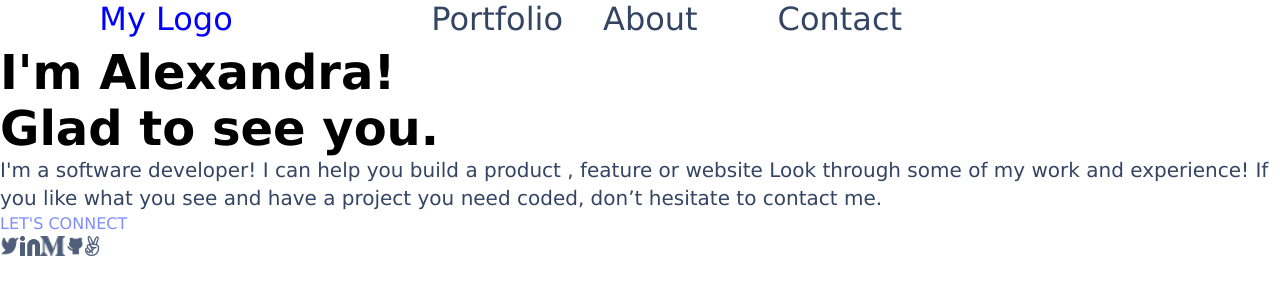
Repository: usman3123/portfolio-template-3
Page: portfolio.html
An editor plug-in stored every save of this project. The page is shown before and after the next save, followed by the edit.
The browser window is 1280 px wide. The pictures show the whole page.
Some web libraries are served in a nearby version.

Above is the page before, as saved 2025-01-22 09:24:15.

### portfolio.html
<!DOCTYPE html>
<html lang="en">
<head>
  <meta charset="UTF-8">
  <meta name="viewport" content="width=device-width, initial-scale=1.0">
  <title>project 2</title>
  <link rel="stylesheet" href="style.css">
  <link href='https://unpkg.com/boxicons@2.1.4/css/boxicons.min.css' rel='stylesheet'>
  <link rel="stylesheet" href="https://cdnjs.cloudflare.com/ajax/libs/font-awesome/6.6.0/css/all.min.css" integrity="sha512-Kc323vGBEqzTmouAECnVceyQqyqdsSiqLQISBL29aUW4U/M7pSPA/gEUZQqv1cwx4OnYxTxve5UMg5GT6L4JJg==" crossorigin="anonymous" referrerpolicy="no-referrer" />
  <link rel="stylesheet" href="https://cdnjs.cloudflare.com/ajax/libs/font-awesome/6.6.0/css/all.min.css" integrity="sha512-Kc323vGBEqzTmouAECnVceyQqyqdsSiqLQISBL29aUW4U/M7pSPA/gEUZQqv1cwx4OnYxTxve5UMg5GT6L4JJg==" crossorigin="anonymous" referrerpolicy="no-referrer" />

  <link rel="stylesheet" href="https://cdnjs.cloudflare.com/ajax/libs/font-awesome/6.7.2/css/all.min.css">
  <link rel="preconnect" href="https://fonts.googleapis.com">
<link rel="preconnect" href="https://fonts.gstatic.com" crossorigin>
<link href="https://fonts.googleapis.com/css2?family=Poppins:ital,wght@0,100;0,200;0,300;0,400;0,500;0,600;0,700;0,800;0,900;1,100;1,200;1,300;1,400;1,500;1,600;1,700;1,800;1,900&display=swap" rel="stylesheet">
</head>

<body>

  <!-- Navbar -->

  <nav class="navbar flex">
    <p class="mainlogoo">My Logo</p>
    <div class="nav-links flex">
      <a href="#myportfolio" style="text-decoration: none;" class="link">Portfolio</a>
      <a href="#myabout" style="text-decoration: none;" class="link">About<a>
      <a href="#mycontact" style="text-decoration: none;" class="link">Contact<a>
    </div>
    <img src="/assets/Enabled.png" id="menu-icon">
  </nav>

  <!-- Main Content -->

   <main>



  <section id="myportfolio" class="hero-section flex">
    <div class="hero-content flex">
       <h1 class="hero-head"> I'm Alexandra! <br>
           Glad to see you.
       </h1>
       <p class="hero-p">
          I'm a software developer! I can help you build a product , feature or website Look through  some of my work and experience! If you like what you see and have a project you need coded, don’t hesitate to contact me.
       </p>

     <p class="let-connect"> LET'S CONNECT</p>

      <div class="icons flex">
          <img src="/assets/twitter.png" class="media-icon">
          <img src="assets/Linkedin.png" class="media-icon">
          <img src="assets/M.png" class="media-icon">
          <img src="assets/Github.png" class="media-icon">
          <img src="assets/V.png" class="media-icon">
      </div>
    </div>
  </section>

  <!-- Cards Section -->

  <!-- <section class="cards flex">
  </section>

  <div class="page">
    </div>
     -->


   <!-- ABOUT MYSELF -->

  <!-- <section id="myabout" class="about flex">

    <div class="about-intro flex">
      <h1 style="font-size: 40px;">About Myself</h1>
      <p class="about-paragraph">Hello I'm a software developer! I can help you build a product , feature or website Look through some of my work and experience! If you like what you see and have a project you need coded, don't hesitate to contact me.</p>
        <p class="let-connect">Let's Connect</p>
        <div class="icons flex icon-gap">
          <img src="assets/twitter.png" class="twitter">
          <img src="assets/Linkedin.png" class="inimage">
          <img src="assets/M.png" class="mimage">
          <img src="assets/Github.png" class="tomimage">
          <img src="assets/V.png" class="protocol">
      </div>
      <button class="button rsm-btn"> Get my resume</button>
    </div>

    <div class="about-skills flex">
      <div class="about-all flex">
        <p>Languages</p>
        <i class='bx bx-chevron-down'></i>
      </div>
      <div class="about-lang flex">
        <div class="about-lang-img flex">
          <i class="fa-brands fa-js" style="color: #ff0000;"></i>
          <p>JavaScript</p>
        </div>
        <div class="about-lang-img flex">
          <i class="fa-brands fa-html5" style="color: #FFD43B;"></i>
          <p>Html</p>

        </div>
        <div class="about-lang-img flex">
          <i class="fa-brands fa-css3-alt" style="color: #74C0FC;"></i>
          <p>css</p>
        </div>
      </div>
      <div class="about-all flex">
        <p> Frameworks</p>
        <i class='bx bx-chevron-right'></i>
      </div>
      <div class="about-all flex">
        <p>Skills</p>
        <i class='bx bx-chevron-right'></i>
        </div>
        </div>
        <div class="contact-section flex">
            <h4 class="contact-paragraph">I'm always interested in hearing about new projects, so if you'd like to chat please get in touch.</h4>
            <form action="submit-form" class="contact-form flex">
                <div class="names flex">
                    <input type="text" placeholder="Full name" class="first-name">
                    <input type="text" placeholder="last name" class="last-name">
      </div>
        <div class="contact-section flex">
            <h4 class="contact-paragraph">I'm always interested in hearing about new projects, so if you'd like to chat please get in touch.</h4>
            <form action="submit-form" class="contact-form flex">
                <div class="names flex">
                    <input type="text" placeholder="Full name" class="first-name">
                    <input type="text" placeholder="last name" class="last-name">
    </div>
  </section> -->

  <!-- Contact section -->

  <!-- <section id="mycontact" class="contact-section">
    <h1 class="contact-heading">Contact Me</h1>
    <p class="contact-description">
        If you have an application you are interested in developing, a feature that you need built, or a project that needs coding, I'd love to help with it!
    </p>
    <form class="contact-form">
        <input class="form-input" type="text" placeholder="Your Name">
        <input class="form-input" type="email" placeholder="Your Email">
        <textarea class="form-message" placeholder="Write your message here..."></textarea>
        <button class="form-button">Get in Touch</button>
    </form>

</section>

</main> -->

<script src="index.js"></script>
</body>
</html>

### style.css
*{
    margin: 0;
    padding: 0;
    box-sizing: border-box;
}
body {
    font-family: Verdana, Geneva, Tahoma, sans-serif;
}
.flex {
    display: flex;
}
.navbar {
    justify-content: space-around;
}
.mainlogoo {
    font-size: 2rem;
    color: blue;
}
.nav-links {
    gap: 40px;
    font-size: 2rem;
}
.link {
    color: #344563;
}
#menu-icon {
    /* display: none; */
    color: black;
}
.hero-content {
    flex-direction: column;
}
.hero-head {
    font-size: 48px;
    font-weight: 700;
}
.hero-p {
    font-size: 20px;
    line-height: 28px;
    color: #344563;
}
.let-connect {
    color: #7f8cff;
    font-size: 16px;
    font-weight: 500;
    line-height: 24px;
}
.media-icon {
    height: 20px;
}

Loaded but not shown: index.js (no copy from this time; the picture is the same without it)

After the next save:
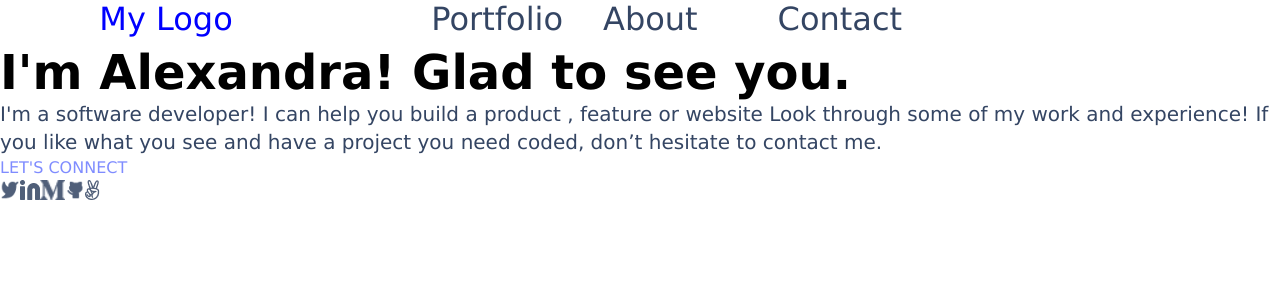
Saved 47 s later.
--- a/portfolio.html
+++ b/portfolio.html
@@ -37,7 +37,7 @@
 
   <section id="myportfolio" class="hero-section flex">
     <div class="hero-content flex">
-       <h1 class="hero-head"> I'm Alexandra! <br>
+       <h1 class="hero-head"> I'm Alexandra!
            Glad to see you.
        </h1>
        <p class="hero-p">
